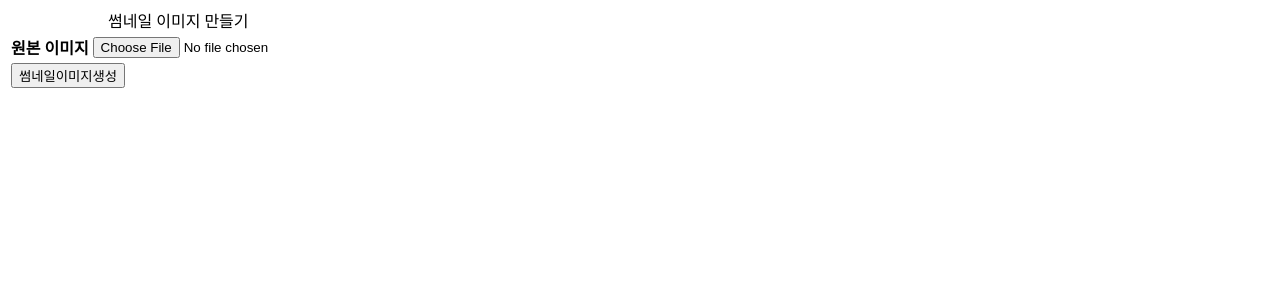
Repository: LucestDail/jdbcWorkspace
Page: http://localhost/jdbcProject/thumbnail/thumbnailForm.jsp
The author's editor kept a copy of each file at every save. The page is drawn from the files as they stood at one save, then again after the next save.
The browser window is 1280 px wide. The pictures show the whole page.
The page is served by Tomcat 9. Other server files are loaded and not shown.

Above is the page before, as saved 2020-11-19 05:41:05.

### jdbcProject/WebContent/thumbnail/thumbnailForm.jsp
<%@ page language="java" contentType="text/html; charset=EUC-KR"
    pageEncoding="EUC-KR"%>
<!DOCTYPE html>
<html>
<head>
<meta charset="EUC-KR">
<title>Insert title here</title>
</head>
<body>
<form action = "thumbnail.jsp" method = "post" enctype = "multipart/form-data">
<table><caption> 썸네일 이미지 만들기</caption>
	<tr>
		<th>원본 이미지</th>
		<td><input type = "file" name = "picture"></td>
	</tr>
		<td colspan = "2">
			<input type = "submit" value = "썸네일이미지생성">
		</td>
	<tr>

	</tr>
</table>
</form>
</body>
</html>

### jdbcProject/WebContent/css/main.css
@charset "EUC-KR";
table{
	width:100%;
	border-collapse: collapse;
}

th,td{
	border: 3px solid black;
	text-align:center;
	padding: 8px;
}
th{
	background-color: #F0A44D;
	color: #353535;
}
td{
	background-color: #F2C796;
}
caption{
	color:#111111;
	font-size: 20px;
	background-color: #704D24;
}
input[type=text], input[type=password]{
	width: 100%;
}
textarea {
	width: 100%;
	height: 200px;
	padding: 10px;
	box-sizing: border-box;
	border: solid 2px #1E90FF;
	border-radius: 5px;
	font-size: 16px;
	resize: both;
}

input{
	background-color: #BD813D;
}

After the next save:
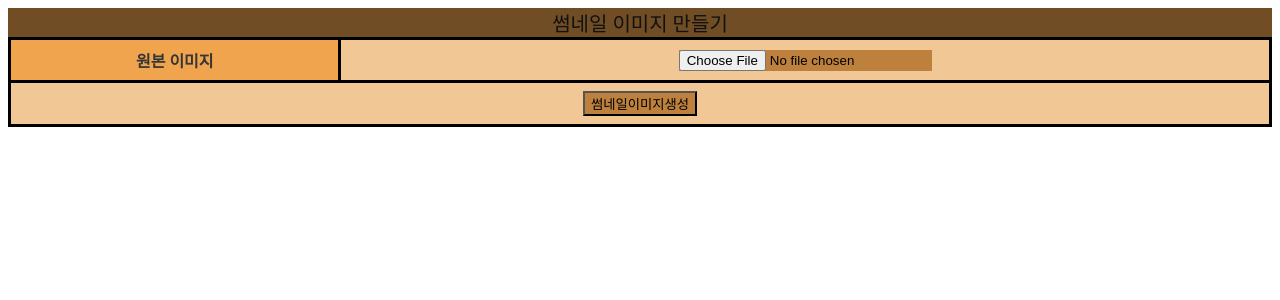
Saved 40 s later.
--- a/jdbcProject/WebContent/thumbnail/thumbnailForm.jsp
+++ b/jdbcProject/WebContent/thumbnail/thumbnailForm.jsp
@@ -5,19 +5,21 @@
 <head>
 <meta charset="EUC-KR">
 <title>Insert title here</title>
+<link rel = "stylesheet" href = "../../css/main.css">
 </head>
 <body>
 <form action = "thumbnail.jsp" method = "post" enctype = "multipart/form-data">
 <table><caption> 썸네일 이미지 만들기</caption>
 	<tr>
 		<th>원본 이미지</th>
-		<td><input type = "file" name = "picture"></td>
+		<td>
+			<input type = "file" name = "picture">
+		</td>
 	</tr>
+	<tr>
 		<td colspan = "2">
 			<input type = "submit" value = "썸네일이미지생성">
 		</td>
-	<tr>
-
 	</tr>
 </table>
 </form>
